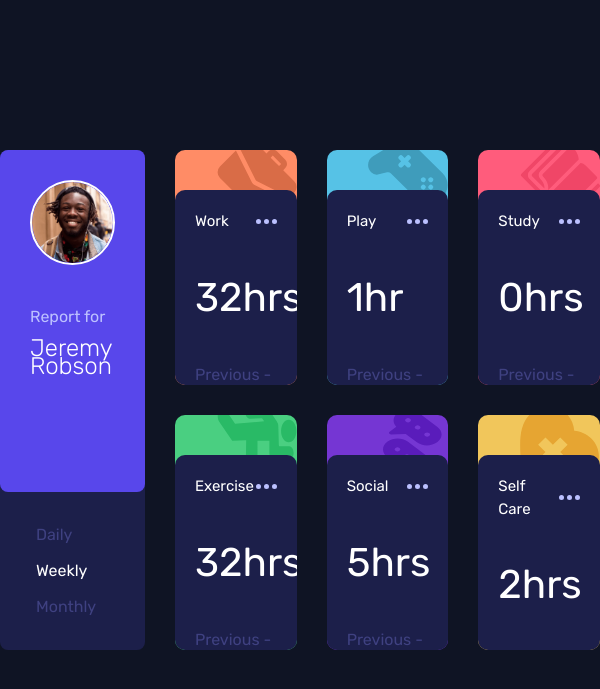
Repository: Akashiii1/WebTimeTracking_Day6
Page: index.html
The author's editor kept a copy of each file at every save. The page is drawn from the files as they stood at one save, then again after a run of saves.
The browser window is 600 px wide. The pictures show the whole page.

Above is the page before, as saved 2021-12-27 00:35:26.

After the next 2 saves:
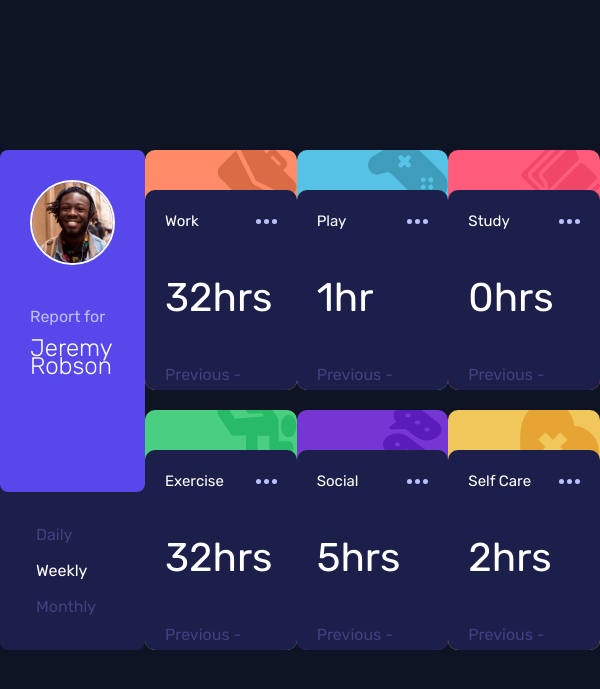
The 2 saves are shown as one change because they came seconds apart.
The last was saved 14 s later.
--- a/style.css
+++ b/style.css
@@ -190,7 +190,7 @@ button{
   .container{
     grid-template-columns:1fr;
     /* grid-template-rows: repeat(2,1fr); */
-    grid-gap:30px ;
+    grid-gap:20px 0 ;
     grid-template-areas: "user work play study"
                           "user exe social self";
   }
